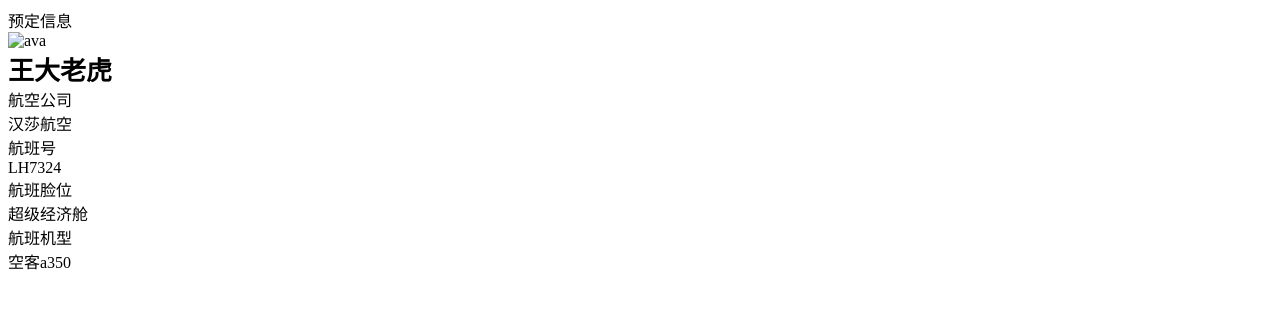
Repository: xzm1997/react-learning
Page: /
An editor plug-in stored every save of this project. The page is shown before and after the next save, followed by the edit.
The browser window is 1280 px wide. The pictures show the whole page.
The project was rebuilt for these pictures with package versions that can differ from the ones it lists, and the page was loaded fresh each time.

Above is the page before, as saved 2023-01-31 09:25:26.

After the next save:
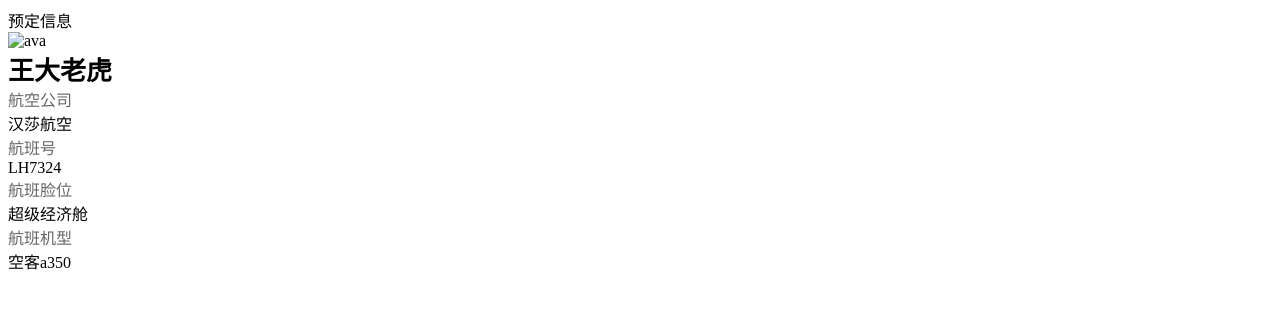
Saved 25 s later.
--- a/src/index.css
+++ b/src/index.css
@@ -7,3 +7,7 @@
   font-weight: 700;
   font-size: 26px;
 }
+
+.bookTitle {
+  color: #666
+}
